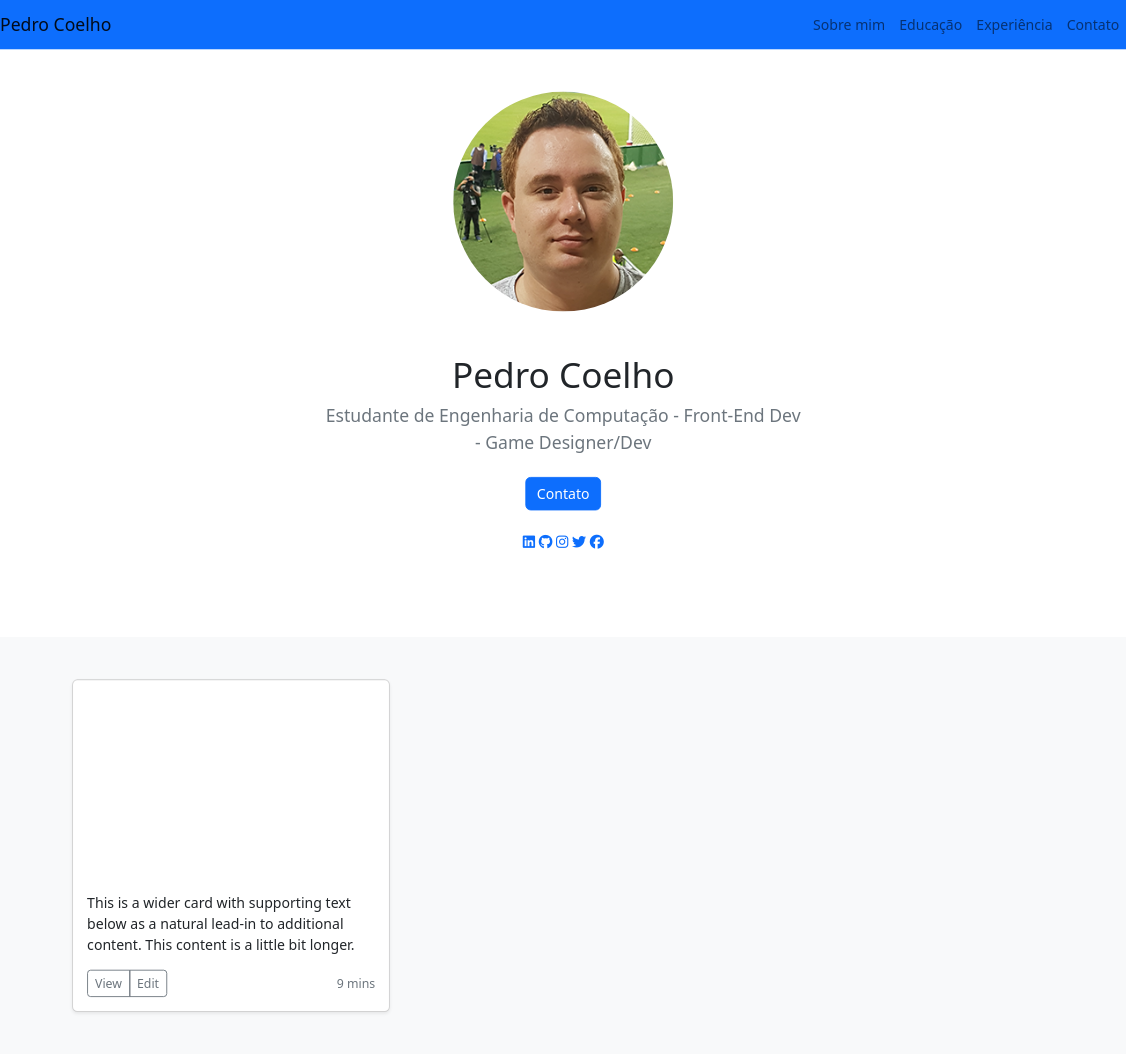
Repository: PedroHQCoelho/portfolio
Page: index.html
The author's editor kept a copy of each file at every save. The page is drawn from the files as they stood at one save, then again after the next save.
The browser window is 1280 px wide. The pictures show the whole page, at 88% of full size.
Some web libraries are served in a nearby version.

Above is the page before, as saved 2022-05-26 17:21:54.

After the next save:
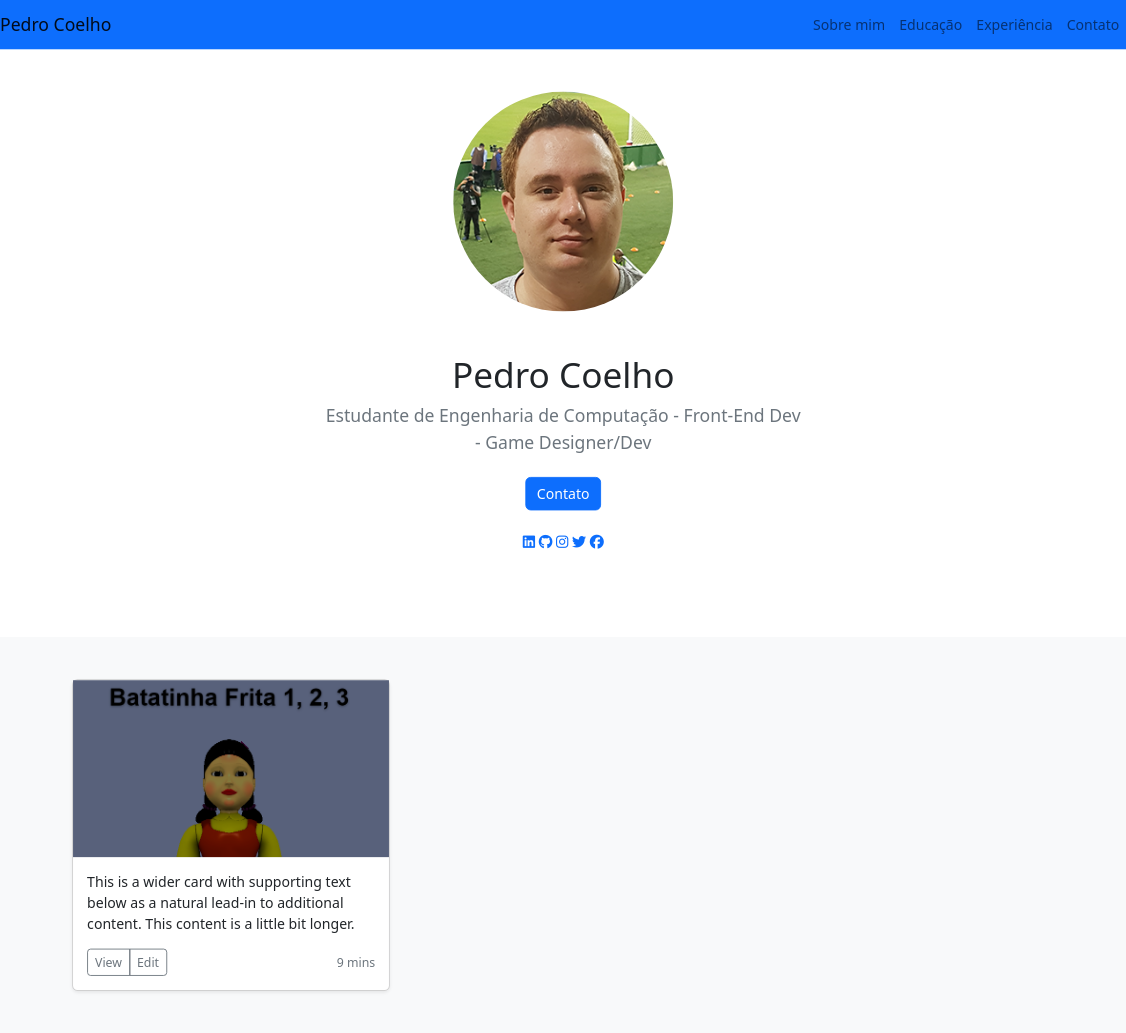
Saved 11 s later.
--- a/index.html
+++ b/index.html
@@ -64,8 +64,7 @@
           <div class="row row-cols-1 row-cols-sm-2 row-cols-md-3 g-3">
             <div class="col">
               <div class="card shadow-sm">
-                <svg class="bd-placeholder-img card-img-top" width="100%" height="225" xmlns="http://www.w3.org/2000/svg" role="img" aria-label="Placeholder: Thumbnail" preserveAspectRatio="xMidYMid slice" focusable="false"></svg>
-
+                <img src="img/batatinhafrita123.png" alt="">
                 <div class="card-body">
                   <p class="card-text">This is a wider card with supporting text below as a natural lead-in to additional content. This content is a little bit longer.</p>
                   <div class="d-flex justify-content-between align-items-center">
